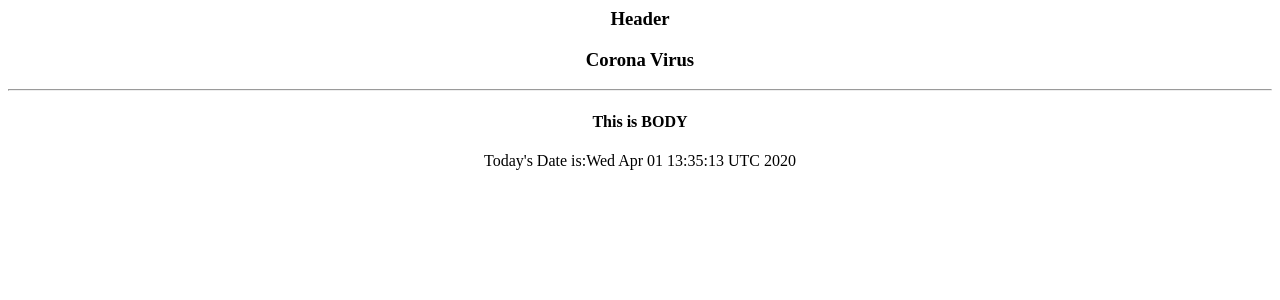
Repository: ZubaerAhmed/2-Corona-virus-eclipse-workspace
Page: http://localhost/CoronaVirus/Corona/main.jsp
These files come from the project's save history. The page is drawn as it stood at one moment and after the next save; the edit follows.
The browser window is 1280 px wide. The pictures show the whole page.
The page is served by Tomcat 9.

Above is the page before, as saved 2020-04-01 20:33:24.

After the next save:
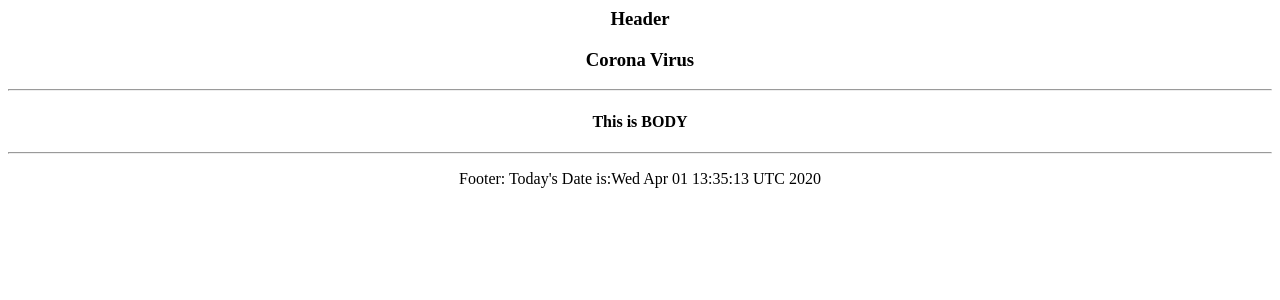
Saved 41 s later.
--- a/CoronaVirus/WebContent/Corona/footer.jsp
+++ b/CoronaVirus/WebContent/Corona/footer.jsp
@@ -1,4 +1,5 @@
 
+<hr>
 <p align="center">
-	Today's Date is:<%= new java.util.Date()  %>
+	Footer: Today's Date is:<%= new java.util.Date()  %>
 </p>
